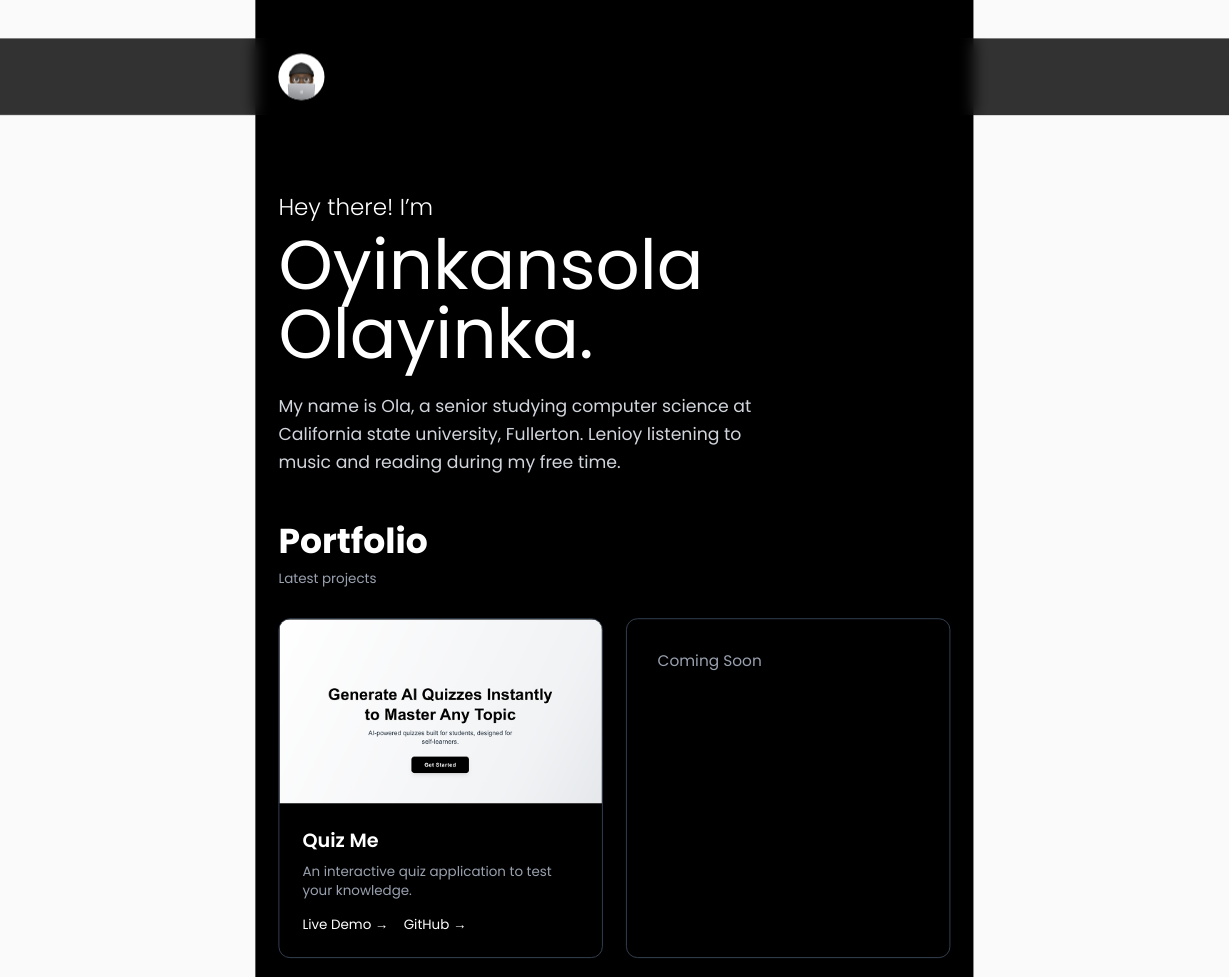
Repository: olasores/olasores-portfolio
Page: /
These files come from the project's save history. The page is drawn as it stood at one moment and after a run of saves; the edit follows.
The browser window is 1280 px wide. The pictures show the whole page, at 96% of full size.
The project was rebuilt for these pictures with package versions that can differ from the ones it lists, and the page was loaded fresh each time. The framework's server and built-in components were replaced by stand-ins that run in the browser. Also part of the build but not shown: next.config.ts.

Above is the page before, as saved 2025-11-11 13:01:47.

After the next 2 saves:
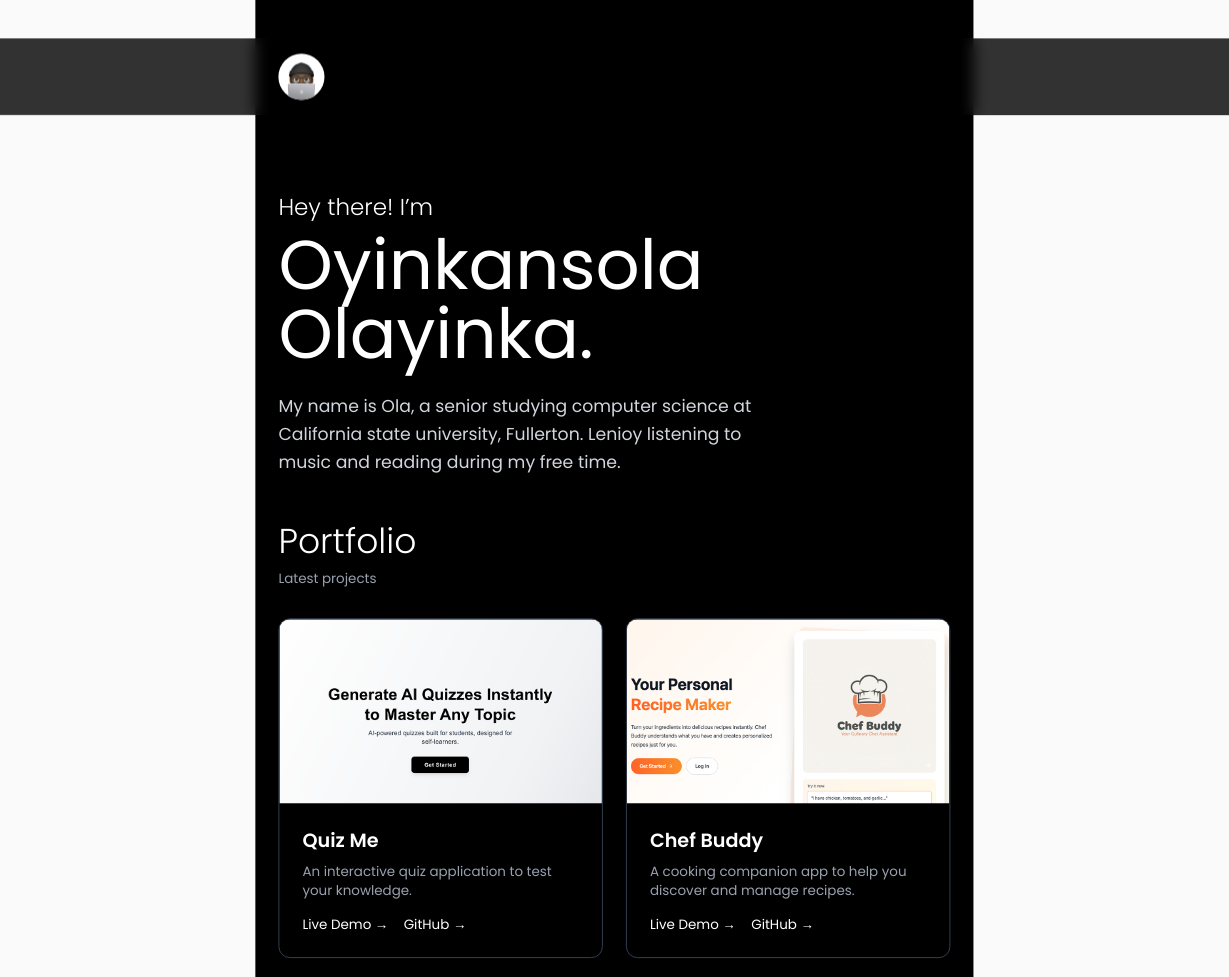
The 2 saves are shown as one change because they came seconds apart.
The last was saved 110 s later.
--- a/app/components/Portfolio.tsx
+++ b/app/components/Portfolio.tsx
@@ -4,7 +4,7 @@ export default function Portfolio() {
             <div className="max-w-[700px] w-full flex flex-col gap-8">
                 {/* Section Title */}
                 <div>
-                    <h2 className="text-3xl md:text-4xl font-bold text-white mb-2">
+                    <h2 className="text-3xl md:text-4xl font-light text-white mb-2">
                         Portfolio
                     </h2>
                     <p className="text-gray-400 text-sm">
@@ -56,9 +56,46 @@ export default function Portfolio() {
                         </div>
                     </div>
 
-                    {/* Project Card 2 - Placeholder */}
-                    <div className="border border-gray-700 rounded-xl p-8 min-h-64 hover:border-gray-500 transition">
-                        <div className="text-gray-400">Coming Soon</div>
+                    {/* Project Card 2 - Chef Buddy */}
+                    <div className="border border-gray-700 rounded-xl overflow-hidden hover:border-gray-500 transition flex flex-col">
+                        {/* Project Image */}
+                        <div className="w-full h-48 bg-gray-800 overflow-hidden">
+                            <img
+                                src="/assets/chef.png"
+                                alt="Chef Buddy Project"
+                                className="w-full h-full object-cover"
+                            />
+                        </div>
+
+                        {/* Project Details */}
+                        <div className="p-6 flex flex-col gap-4 flex-1">
+                            <div>
+                                <h3 className="text-xl font-semibold text-white mb-2">
+                                    Chef Buddy
+                                </h3>
+                                <p className="text-gray-400 text-sm">
+                                    A cooking companion app to help you discover and manage recipes.
+                                </p>
+                            </div>
+
+                            {/* Links */}
+                            <div className="flex gap-4 text-sm mt-auto">
+                                <a
+                                    href="https://chef-buddy-rouge.vercel.app/"
+                                    target="_blank"
+                                    rel="noopener noreferrer"
+                                    className="text-white hover:text-gray-300 transition"
+                                >
+                                    Live Demo →
+                                </a>
+                                <a
+                                    href="#"
+                                    className="text-white hover:text-gray-300 transition"
+                                >
+                                    GitHub →
+                                </a>
+                            </div>
+                        </div>
                     </div>
                 </div>
             </div>
